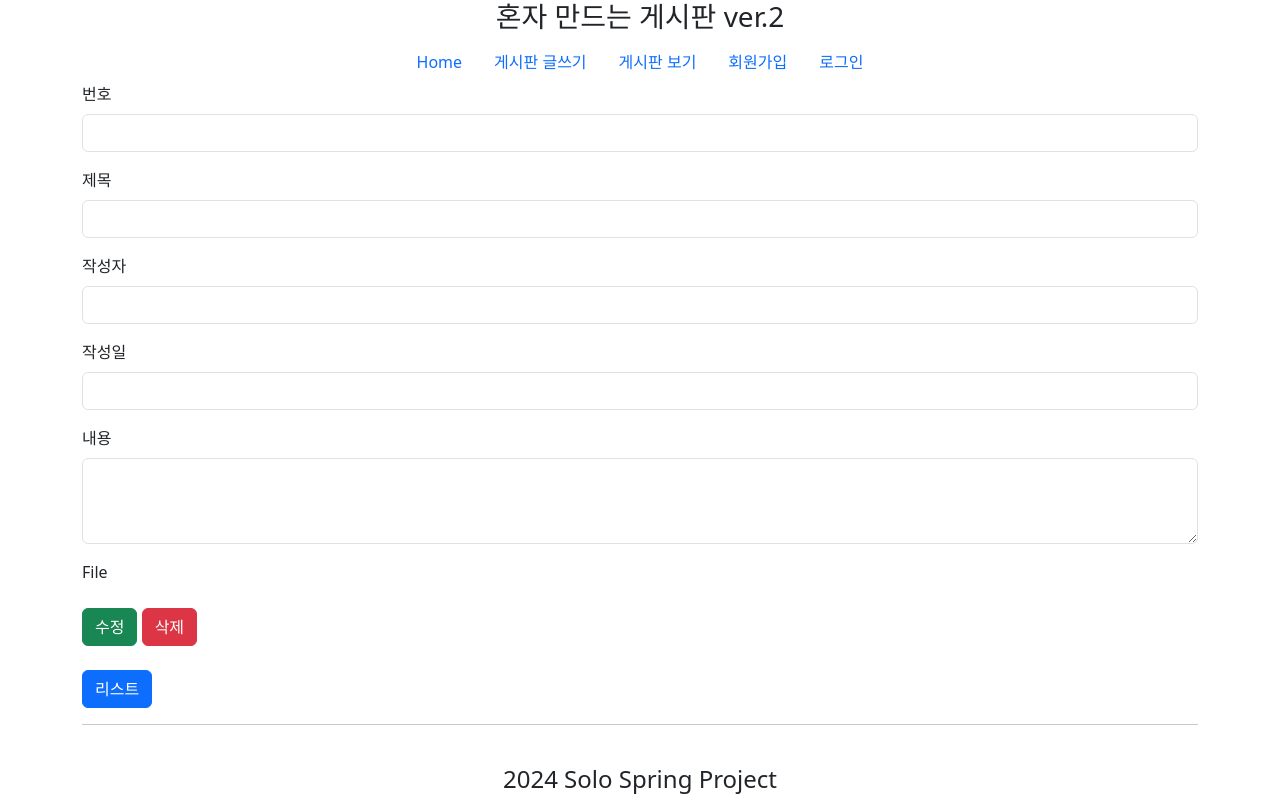
Repository: nefer2/Spring_test
Page: http://localhost/spring_test7/WEB-INF/views/board/detail.jsp
An editor plug-in stored every save of this project. The page is shown before and after the next save, followed by the edit.
The browser window is 1280 px wide. The pictures show the whole page.
The page is served by Tomcat 9. Nobody is signed in. Other server files are loaded and not shown. The template is opened directly, without the code that normally fills it, so the values that code supplies are empty.

Above is the page before, as saved 2024-01-18 05:36:30.

### spring_test7/src/main/webapp/WEB-INF/views/board/detail.jsp
<%@ page language="java" contentType="text/html; charset=UTF-8"
    pageEncoding="UTF-8"%>
<%@ taglib uri="http://java.sun.com/jsp/jstl/core" prefix="c" %>
<%@ taglib uri="http://java.sun.com/jsp/jstl/functions" prefix="fn" %>

<jsp:include page="../layout/header.jsp"></jsp:include>
<jsp:include page="../layout/navbar.jsp"></jsp:include>


<div class="container-md">
<c:set value="${bdto.bvo }" var="bvo"></c:set>
	<div class="mb-3">
	  <label for="Bno" class="form-label">번호</label>
	  <input type="text" name="Bno" class="form-control" id="Bno" value="${bvo.bno }" readonly="readonly">
	</div>

	<div class="mb-3">
	  <label for="title" class="form-label">제목</label>
	  <input type="text" name="title" class="form-control" id="title" value="${bvo.title }" readonly="readonly">
	</div>

	<div class="mb-3">
	  <label for="writer" class="form-label">작성자</label>
	  <input type="text" name="writer" class="form-control" id="writer" value="${bvo.writer }" readonly="readonly">
	</div>

	<div class="mb-3">
	  <label for="reg_date" class="form-label">작성일</label>
	  <span class="badge text-bg-primary">${bvo.readCount }</span>
	  <input type="text" name="reg_date" class="form-control" id="reg_date" value="${bvo.regAt  }" readonly="readonly">
	</div>

	<div class="mb-3">
	  <label for="content" class="form-label">내용</label>
	  <textarea name="content" class="form-control" id="content" rows="3" readonly="readonly">${bvo.content }</textarea>
	</div>

	<!-- file line -->
<c:set value="${bdto.flist }" var="flist"></c:set>
	<div class="mb-3">
	<label for="f" class="form-label">File</label>
	<ul class="list-group list-group-flush">
		<c:forEach items="${flist }" var="fvo">
    		<li class="list-group-item">
    			<c:choose>
    				<c:when test="${fvo.fileType == 1 }">
    					<div>
    						<img alt="" src="/upload/${fvo.saveDir }/${fvo.uuid}_th_${fvo.fileName}">
    					</div>
    				</c:when>
    				<c:otherwise>
    					<div>
    						<!-- 일반 파일 표시할 아이콘 -->
    						<a href="/upload/${fvo.saveDir }/${fvo.uuid}_${fvo.fileName}" download="${fvo.fileName }">
    						<svg xmlns="http://www.w3.org/2000/svg" width="30" height="30" fill="currentColor" class="bi bi-file-earmark-break" viewBox="0 0 16 16">
 							<path d="M14 4.5V9h-1V4.5h-2A1.5 1.5 0 0 1 9.5 3V1H4a1 1 0 0 0-1 1v7H2V2a2 2 0 0 1 2-2h5.5L14 4.5zM13 12h1v2a2 2 0 0 1-2 2H4a2 2 0 0 1-2-2v-2h1v2a1 1 0 0 0 1 1h8a1 1 0 0 0 1-1v-2zM.5 10a.5.5 0 0 0 0 1h15a.5.5 0 0 0 0-1H.5z"/>
							</svg>
							</a>
    					</div>
    				</c:otherwise>
    			</c:choose>
    			<div class="ms-2 me-auto">
    				<div class="fw-bold">${fvo.fileName }</div>
    				<span class="badge rounded-pill text-bg-secondary">${fvo.fileSize }Byte</span>
    			</div>
    		</li>
    	</c:forEach>
	</ul>

	</div>


<a href="/board/modify?bno=${bvo.bno }"><button type="button" class="btn btn-success"> 수정 </button></a>
<a href="/board/delete?bno=${bvo.bno }"><button type="button" class="btn btn-danger"> 삭제 </button></a>
<br>
<br>
<div>
<a href="/board/list"><button type="button" class="btn btn-primary"> 리스트 </button></a>
</div>
<hr>
<br>

<!-- 댓글라인 -->












</div>


<script type="text/javascript">
let bnoVal = `<c:out value="${bdto.bvo.bno}" />`;
console.log(bnoVal);
</script>



<jsp:include page="../layout/footer.jsp"></jsp:include>

### spring_test7/src/main/webapp/WEB-INF/views/layout/header.jsp
<%@ page language="java" contentType="text/html; charset=UTF-8"
    pageEncoding="UTF-8"%>
<!DOCTYPE html>
<html>
<head>
<h3 style="text-align: center;">혼자 만드는 게시판 ver.2</h3>
</head>

### spring_test7/src/main/webapp/WEB-INF/views/layout/navbar.jsp
<%@ page language="java" contentType="text/html; charset=UTF-8"
    pageEncoding="UTF-8"%>


<script src="https://cdn.jsdelivr.net/npm/bootstrap@5.3.1/dist/js/bootstrap.bundle.min.js" integrity="sha384-HwwvtgBNo3bZJJLYd8oVXjrBZt8cqVSpeBNS5n7C8IVInixGAoxmnlMuBnhbgrkm" crossorigin="anonymous"></script>
<link href="https://cdn.jsdelivr.net/npm/bootstrap@5.3.1/dist/css/bootstrap.min.css" rel="stylesheet" integrity="sha384-4bw+/aepP/YC94hEpVNVgiZdgIC5+VKNBQNGCHeKRQN+PtmoHDEXuppvnDJzQIu9" crossorigin="anonymous">


<ul class="nav justify-content-center">

  <li class="nav-item">
    <a class="nav-link active" aria-current="page" href="/">Home</a>
  </li>
  <li class="nav-item">
    <a class="nav-link" href="/board/register">게시판 글쓰기</a>
  </li>
  <li class="nav-item">
    <a class="nav-link" href="/board/list">게시판 보기</a>
  </li>
    <li class="nav-item">
    <a class="nav-link" href="#">회원가입</a>
  </li>
    <li class="nav-item">
    <a class="nav-link" href="#">로그인</a>
  </li>
</ul>

### spring_test7/src/main/webapp/WEB-INF/views/layout/footer.jsp
<%@ page language="java" contentType="text/html; charset=UTF-8"
    pageEncoding="UTF-8"%>




<div><h4 style="text-align: center;">2024 Solo Spring Project</h4></div>

</body>
</html>

After the next save:
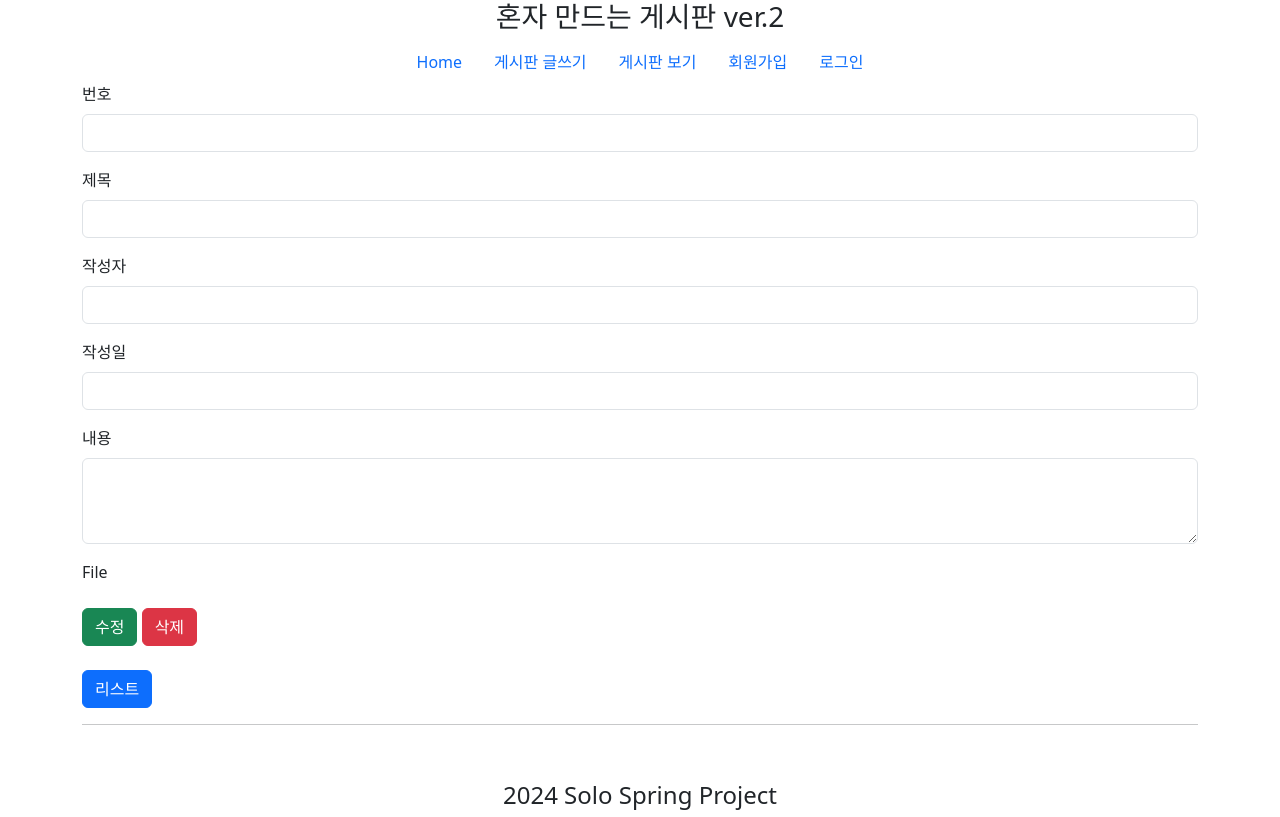
Saved 15 s later.
--- a/spring_test7/src/main/webapp/WEB-INF/views/board/detail.jsp
+++ b/spring_test7/src/main/webapp/WEB-INF/views/board/detail.jsp
@@ -81,6 +81,9 @@
 <br>
 
 <!-- 댓글라인 -->
+<div class="input-group mb-3">
+
+</div>
 
 
 
